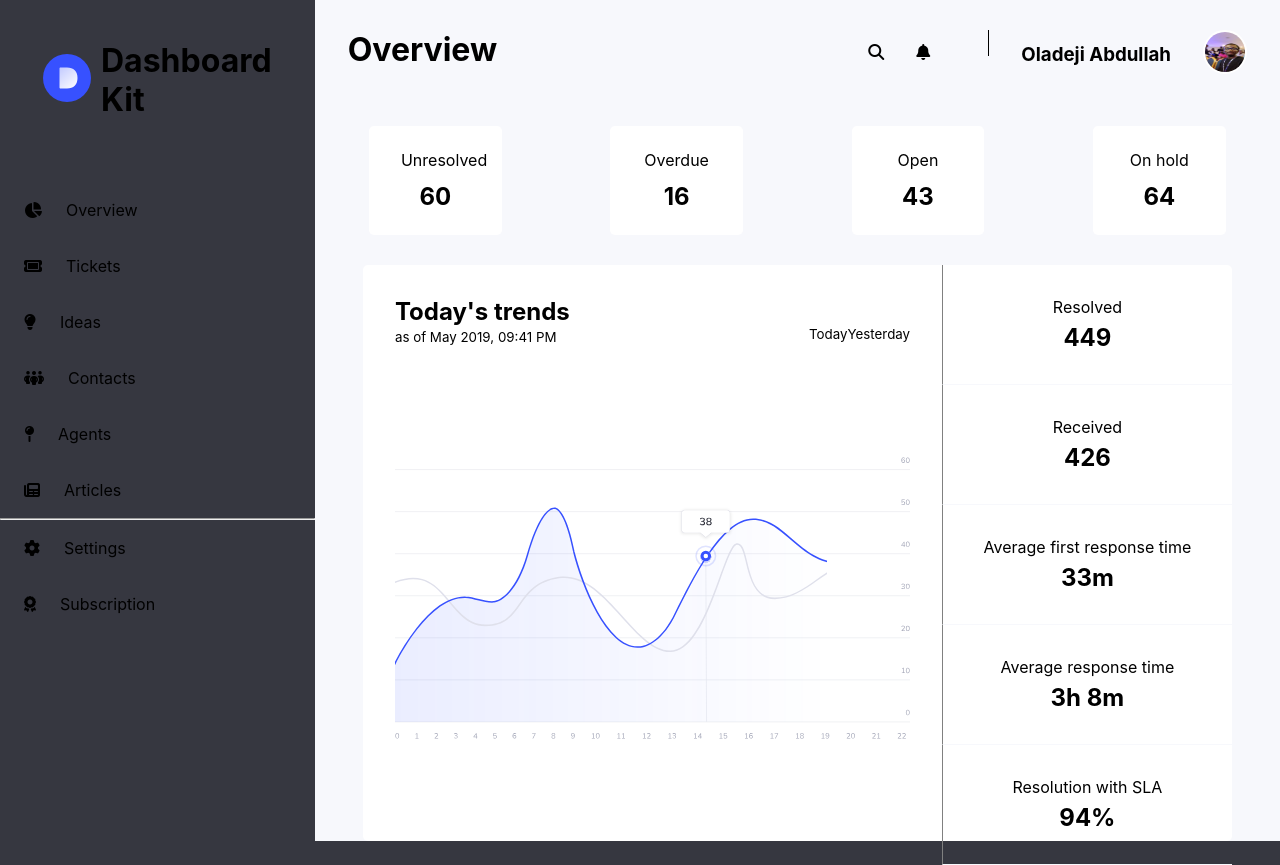
Repository: BuduCE/dashboard
Page: /
An editor plug-in stored every save of this project. The page is shown before and after a run of saves, followed by the edit.
The browser window is 1280 px wide. The pictures show the whole page.
Some web libraries are served in a nearby version. The project was rebuilt for these pictures with package versions that can differ from the ones it lists, and the page was loaded fresh each time.

Above is the page before, as saved 2022-08-03 23:42:26.

### public/index.html
<!DOCTYPE html>
<html lang="en">
  <head>
    <meta charset="utf-8" />
    <link rel="icon" href="%PUBLIC_URL%/favicon.ico" />
    <meta name="viewport" content="width=device-width, initial-scale=1" />
    <meta name="theme-color" content="#000000" />
    <meta
      name="description"
      content="Web site created using create-react-app"
    />
    <link rel="apple-touch-icon" href="%PUBLIC_URL%/logo192.png" />
    <!--
      manifest.json provides metadata used when your web app is installed on a
      user's mobile device or desktop. See https://developers.google.com/web/fundamentals/web-app-manifest/
    -->
    <link rel="manifest" href="%PUBLIC_URL%/manifest.json" />
    <!--
      Notice the use of %PUBLIC_URL% in the tags above.
      It will be replaced with the URL of the `public` folder during the build.
      Only files inside the `public` folder can be referenced from the HTML.

      Unlike "/favicon.ico" or "favicon.ico", "%PUBLIC_URL%/favicon.ico" will
      work correctly both with client-side routing and a non-root public URL.
      Learn how to configure a non-root public URL by running `npm run build`.
    -->

    <!-- Font-Awesome  -->
    <link
      rel="stylesheet" href="https://cdnjs.cloudflare.com/ajax/libs/font-awesome/6.1.1/css/all.min.css" integrity="sha512-KfkfwYDsLkIlwQp6LFnl8zNdLGxu9YAA1QvwINks4PhcElQSvqcyVLLD9aMhXd13uQjoXtEKNosOWaZqXgel0g==" crossorigin="anonymous" referrerpolicy="no-referrer"
    />
    <title>Admin Dashboard</title>
  </head>
  <body>
    <noscript>You need to enable JavaScript to run this app.</noscript>
    <div id="root"></div>
    <!--
      This HTML file is a template.
      If you open it directly in the browser, you will see an empty page.

      You can add webfonts, meta tags, or analytics to this file.
      The build step will place the bundled scripts into the <body> tag.

      To begin the development, run `npm start` or `yarn start`.
      To create a production bundle, use `npm run build` or `yarn build`.
    -->
  </body>
</html>

### src/index.css
* {
  margin: 0;
  padding: 0;
  box-sizing: border-box;
}
body {
  margin: 0;
  font-family: -apple-system, BlinkMacSystemFont, 'Segoe UI', 'Roboto', 'Oxygen',
    'Ubuntu', 'Cantarell', 'Fira Sans', 'Droid Sans', 'Helvetica Neue',
    sans-serif;
  -webkit-font-smoothing: antialiased;
  -moz-osx-font-smoothing: grayscale;
  background: rgba(54, 55, 64, 1);
}

code {
  font-family: source-code-pro, Menlo, Monaco, Consolas, 'Courier New',
    monospace;
}

### src/App.js
import './App.css';
// import Overview from './pages/Overview';
// import Header from './components/common/Header';
import Sidenav from './components/common/SideNav';
// import Login from './pages/Login';

function App() {
  return (
    <div className="App">
      <Sidenav />
    </div>
  );
}

export default App;

### src/components/common/SideNav/index.jsx
import React from 'react'
import Overview from '../../../pages/Overview'
import Header from '../Header'
import Logo from '../Logo'
import './styles.css'

const Sidenav = () => {
  return (
    <div className='dashboard'>
        <div className="navbar">
            <div className="logo">
                <Logo />
                <h1>Dashboard Kit</h1>
            </div>
            <div className="heading">
                <i className='fas fa-chart-pie'></i>
                <p>Overview</p>
            </div>
            <div className="heading">
                <i className='fas fa-ticket'></i>
                <p>Tickets</p>
            </div>
            <div className="heading">
                <i className='fas fa-lightbulb'></i>
                <p>Ideas</p>
            </div>
            <div className="heading">
                <i className='fas fa-people-group'></i>
                <p>Contacts</p>
            </div>
            <div className="heading">
                <i className='fas fa-map-pin'></i>
                <p>Agents</p>
            </div>
            <div className="heading">
                <i className='fas fa-newspaper'></i>
                <p>Articles</p>
            </div>
            <hr />
            <div className="heading">
                <i className='fas fa-gear'></i>
                <p>Settings</p>
            </div>
            <div className="heading">
                <i className='fas fa-award'></i>
                <p>Subscription</p>
            </div>

        </div>
        <div className="info">
            <Header />
            <Overview />
        </div>
    </div>
  )
}

export default Sidenav

### src/pages/Overview/index.jsx
import React from 'react'
import './styles.css'
import TrendMap from './graph.svg'

const Overview = () => {
  return (
    <div className='overview_pg'>
        {/* Specific status */}
        <div className="overview_stat">
            <div className="overview_info">
                <p>Unresolved</p>
                <h2>60</h2>
            </div>
            <div className="overview_info">
                <p>Overdue</p>
                <h2>16</h2>
            </div>
            <div className="overview_info">
                <p>Open</p>
                <h2>43</h2>
            </div>
            <div className="overview_info">
                <p>On hold</p>
                <h2>64</h2>
            </div>
        </div>

        {/* Today's trend */}
        <div className="trends">
            <div className="trends_head">
                <div className="trends_headT">
                    <div className="trend_title">
                        <h2>Today's trends</h2>
                    </div>
                    <div className="trend_title_stat">
                        <div className="trend_date">
                            <small>as of May 2019, 09:41 PM</small>
                        </div>
                        <div className="trend_day">
                            <small>Today</small>
                            <small>Yesterday</small>
                        </div>
                    </div>
                </div>

                <div className="trends_headB">
                    <img src={TrendMap} alt="Trend Chart" />
                </div>
            </div>

            <div className="trends_summary">
                <div className="summary_type">
                    <p>Resolved</p>
                    <h2>449</h2>
                </div>
                <div className="summary_type">
                    <p>Received</p>
                    <h2>426</h2>
                </div>
                <div className="summary_type">
                    <p>Average first response time</p>
                    <h2>33m</h2>
                </div>
                <div className="summary_type">
                    <p>Average response time</p>
                    <h2>3h 8m</h2>
                </div>
                <div className="summary_type">
                    <p>Resolution with SLA</p>
                    <h2>94%</h2>
                </div>
            </div>
        </div>
    </div>
  )
}

export default Overview

### src/components/common/Header/index.jsx
import React from 'react'
import './styles.css'
import budu from './budu.jpg'

const Header = () => {
  return (
    <div className='head_er'>
        <div className="headerL">
            <h1>Overview</h1>
        </div>
        <div className="headerR">
            <i className='fas fa-magnifying-glass icon'></i>
            <i className='fas fa-bell icon bell'></i>
            <h3>Oladeji Abdullah</h3>
            <img src={budu} alt="" />
        </div>
    </div>
  )
}

export default Header

### src/components/common/Logo/index.jsx
import React from 'react'
import companyLogo from './logo.svg'

const Logo = () => {
  return (
    <div>
        <img src={companyLogo} alt="" />
    </div>
  )
}

export default Logo

### src/components/common/SideNav/styles.css
.dashboard{
    display: grid;
    grid-template-columns: 1fr 4fr;
}
.navbar{
    padding: 41px 0;
}
.logo{
    display: flex;
    padding: 43px 43px;
    padding-bottom: 63px;
    padding-top: 0;
    align-items: center;
}
.logo h1{
    margin-left: 10px;
}
.heading{
    width: 100%;
    display: flex;
    padding: 18px 24px;
    align-items: center;
}
.heading p{
    margin-left: 24px;
}
.heading:hover{
    border-left: 1px solid #fff;
    color: #fff;
}
.info{
    background: #F7F8FC;
    /* height: 100vh; */
}

### src/pages/Overview/styles.css
.overview_pg{
    margin-top: 54px;
}
.overview_stat{
    display: grid;
    grid-template-columns: 1fr 1fr 1fr 1fr;
    /* justify-content: space-evenly; */
    width: 100%;
}
.overview_info{
    display: flex;
    flex-direction: column;
    text-align: center;
    /* border: 1px solid; */
    border-radius: 5px;
    padding: 24px 32px;
    background: #fff;
    box-shadow: 15px;
    width: 55%;
    margin: auto;
}
.overview_info p{
    padding-bottom: 12px;
}

/* trend  */
.trends{
    width: 90%;
    background: #fff;
    margin: auto;
    border-radius: 5px;
    height: 80vh;
    margin-top: 30px;
    display: grid;
    grid-template-columns: 2fr 1fr;
    margin-top: 30px;
}
.trends_head{
    padding: 32px;
}
.trend_title_stat{
    display: flex;
    justify-content: space-between;
}
.trend_day{
    display: flex;
    justify-content: space-evenly;
}
.trends_headB img{
    width: 100%;
    margin-top: 54px;
    height: 55vh;
}

/* summary  */
.trends_summary{
    display: grid;
    grid-template-rows: 1fr 1fr 1fr 1fr 1fr;
}
.summary_type{
    padding: 32px;
    border-left: 1px solid grey;
    border-bottom: 1px solid #F7F8FC;
    text-align: center;
}
.summary_type p{
    margin-bottom: 6px;
}

### src/components/common/Header/styles.css
.head_er{
    display: flex;
    justify-content: space-between;
    width: 100%;
    height: 10vh;
    padding: 30px 33px;
}
.headerR{
    display: flex;
    justify-content: space-between;
    /* align-items: center; */
}
.icon{
    width: 16px;
    height: 16px;
    padding: 14px 24px;
}
.bell{
    padding-right: 72px;
}
.headerR h3{
    padding: 13px 32px;
    border-left: 1px solid #000;
}
.headerR img{
    width: 44px;
    height: 44px;
    border-radius: 50%;
    border: 2px solid #fff;
}

Loaded but not shown: src/index.js (common file); src/reportWebVitals.js (common file); src/App.css (common file)

After the next 3 saves:
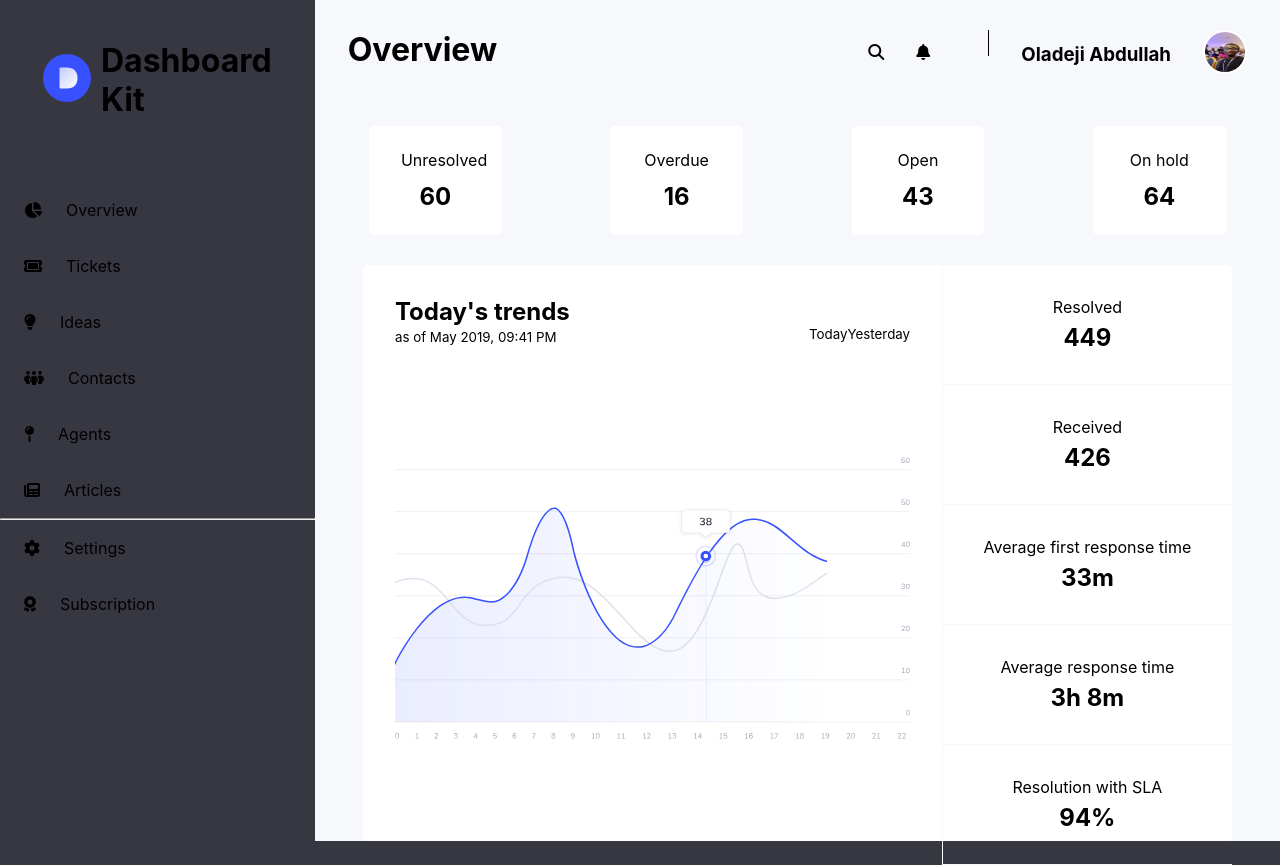
The 3 saves are shown as one change because they came seconds apart.
The last was saved 10 s later.
--- a/src/pages/Overview/styles.css
+++ b/src/pages/Overview/styles.css
@@ -59,7 +59,7 @@
 }
 .summary_type{
     padding: 32px;
-    border-left: 1px solid grey;
+    border-left: 1px solid #F7F8FC;
     border-bottom: 1px solid #F7F8FC;
     text-align: center;
 }
